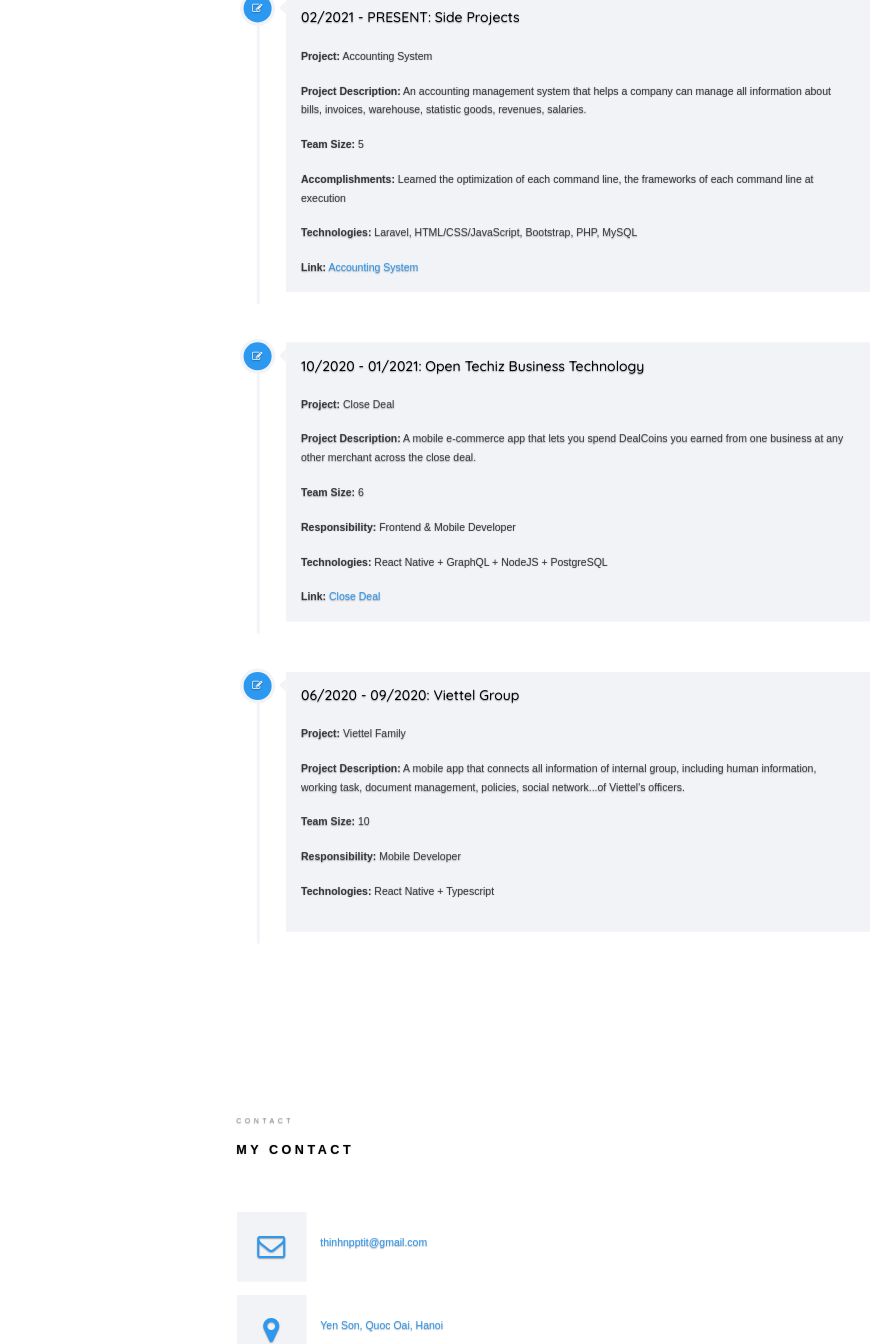
Repository: thinhnpptit/my-cv
Page: index.html
The author's editor kept a copy of each file at every save. The page is drawn from the files as they stood at one save, then again after the next save.
The browser window is 1280 px wide. The pictures show the part of the page from y = 2520 to 4440 px (the page is 4744 px tall before and 4794 px after), at 70% of full size.
Some web fonts or font styles are not loaded; a fallback is used.

Above is the page before, as saved 2021-06-22 22:46:40.
Console error: TypeError: $(...).stick_in_parent is not a function

### index.html

<!DOCTYPE HTML>
<html>
	<head>
	<meta charset="utf-8">
	<meta http-equiv="X-UA-Compatible" content="IE=edge">
	<title>MY CV</title>
	<meta name="viewport" content="width=device-width, initial-scale=1">
	<meta name="description" content="" />
	<meta name="keywords" content="" />
	<meta name="author" content="" />

  <!-- Facebook and Twitter integration -->
	<meta property="og:title" content=""/>
	<meta property="og:image" content=""/>
	<meta property="og:url" content=""/>
	<meta property="og:site_name" content=""/>
	<meta property="og:description" content=""/>
	<meta name="twitter:title" content="" />
	<meta name="twitter:image" content="" />
	<meta name="twitter:url" content="" />
	<meta name="twitter:card" content="" />

	<!-- Place favicon.ico and apple-touch-icon.png in the root directory -->
	<link rel="shortcut icon" href="favico.png">

	<link href="https://fonts.googleapis.com/css?family=Quicksand:300,400,500,700" rel="stylesheet">
	<link href="https://fonts.googleapis.com/css?family=Playfair+Display:400,400i,700" rel="stylesheet">

	<!-- Animate.css -->
	<link rel="stylesheet" href="css/animate.css">
	<!-- Icomoon Icon Fonts-->
	<link rel="stylesheet" href="css/icomoon.css">
	<!-- Bootstrap  -->
	<link rel="stylesheet" href="css/bootstrap.css">
	<!-- Flexslider  -->
	<link rel="stylesheet" href="css/flexslider.css">
	<!-- Flaticons  -->
	<link rel="stylesheet" href="fonts/flaticon/font/flaticon.css">
	<!-- Owl Carousel -->
	<link rel="stylesheet" href="css/owl.carousel.min.css">
	<link rel="stylesheet" href="css/owl.theme.default.min.css">
	<!-- Theme style  -->
	<link rel="stylesheet" href="css/style.css">
	<!-- Font Waresome -->
	<link rel="stylesheet" href="https://cdnjs.cloudflare.com/ajax/libs/font-awesome/4.7.0/css/font-awesome.min.css">

	<!-- Modernizr JS -->
	<script src="js/modernizr-2.6.2.min.js"></script>
	<!-- FOR IE9 below -->
	<!--[if lt IE 9]>
	<script src="js/respond.min.js"></script>
	<![endif]-->

	</head>
	<body>
	<div id="colorlib-page">
		<div class="container-wrap">
		<a href="#" class="js-colorlib-nav-toggle colorlib-nav-toggle" data-toggle="collapse" data-target="#navbar" aria-expanded="false" aria-controls="navbar"><i></i></a>
		<aside id="colorlib-aside" role="complementary" class="border js-fullheight">
			<div class="text-center">
				<div class="author-img" style="background-image: url(images/avatar.png);"></div>
				<h1 id="colorlib-logo"><a href="index.html">Nguyen Phu Thinh</a></h1>
				<span class="position">Full Stack Web Developer</span>
			</div>
			<nav id="colorlib-main-menu" role="navigation" class="navbar">
				<div id="navbar" class="collapse">
					<ul>
						<li class="active"><a href="#" data-nav-section="about">About</a></li>
						<li><a href="#" data-nav-section="skills">Skills</a></li>
						<li><a href="#" data-nav-section="education">Education</a></li>
						<li><a href="#" data-nav-section="experience">Project</a></li>
						<li><a href="#" data-nav-section="contact">Contact</a></li>
					</ul>
				</div>
			</nav>

			<div class="colorlib-footer">
				<a href="" target="_blank" class="btn btn-primary btn-learn text-center">Download My CV <i class="fa fa-cloud-download" aria-hidden="true"></i></a>
			</div>

		</aside>

		<div id="colorlib-main">
			<section class="colorlib-about" data-section="about">
				<div class="colorlib-narrow-content">
					<div class="row">
						<div class="col-md-12">
							<div class="row row-bottom-padded-sm animate-box" data-animate-effect="fadeInLeft">
								<div class="col-md-12">
									<div class="about-desc">
										<span class="heading-meta">ABOUT</span>
										<h2 class="colorlib-heading">Who Am I?</h2>
										<p>I'm Nguyen Phu Thinh, a full stack developer with <strong>2 years of experience</strong> in Front-End Web Development (which includes <strong>1 years of experience</strong> in Back-End Development), with good knowledge of Object-Oriented
											Analysis and Design, Database Design, and Design Patterns.</p>
										<!-- <p>Learning new languages and technologies is what I am passionate about (I self-taught Django with 3 weeks). I am considered a team-player because I like to help other and tend to work well within groups. I can also do some mentoring tasks and do code reviewing for other team members.</p> -->
										<!-- <span>Target: -->
										</span>
									</div>
								</div>
							</div>
						</div>
					</div>
				</div>
			</section>


			<section class="colorlib-skills" data-section="skills">
				<div class="colorlib-narrow-content">
					<div class="row">
						<div class="col-md-6 col-md-offset-3 col-md-pull-3 ">
							<span class="heading-meta">SKILLS</span>
							<h2 class="colorlib-heading">MY SKILLS</h2>
						</div>
					</div>
					<div class="row row-pt-md">
						<div class="col-md-3 text-center animate-box">
							<div class="services color-1">
								<span class="icon">
									<i class="fa fa-heart-o" aria-hidden="true"></i>
								</span>
								<div class="desc">
									<h3>PROGRAMMING LANGUAGES</h3>
									<ul>
										<li>HTML, CSS</li>
										<li>JavaScript</li>
										<li>PHP</li>
										<li>Java</li>
										<li>Python</li>
										<br>
										<br>
										<br>
									</ul>
									<br>
								</div>
							</div>
						</div>
						<div class="col-md-3 text-center animate-box">
							<div class="services color-2">
								<span class="icon">
									<i class="fa fa-file-code-o" aria-hidden="true"></i>
								</span>
								<div class="desc">
									<h3>FRAMEWORKS & PLATFORMS
									</h3>
									<ul>
										<li>Bootstrap</li>
										<li>Jquery</li>
										<li>ReactJS/ReactNative</li>
										<li>NodeJS</li>
										<li>Laravel</li>
										<li>RestfulAPI / JSON, XML</li>
										<li>Javascript SDK: FacebookSDK, Firebase, MongoLab API</li>
									</ul>
								</div>
							</div>
						</div>
						<div class="col-md-3 text-center animate-box">
							<div class="services color-3">
								<span class="icon">
									<i class="fa fa-database" aria-hidden="true"></i>
								</span>
								<div class="desc">
									<h3>Database Management</h3>
									<ul>
										<li>MySQL</li>
										<li>MongoDB</li>
										</li>Microsoft SQL</li>
										<li>PostgreSQL</li>
										<br>
										<br>
										<br>
										<br>
										<br>
										<br>
										<br>
										<br>
									</ul>
								</div>
							</div>
						</div>
						<div class="col-md-3 text-center animate-box">
							<div class="services color-4">
								<span class="icon">
									<i class="fa fa-git" aria-hidden="true"></i>
								</span>
								<div class="desc">
									<h3>Dev Tools</h3>
									<ul>
										<li>Git (Github)</li>
										<li>Docker</li>
										<li>VS Code</li>
										<li>Zsh/Bash</li>
										<br>
										<br>
										<br>
										<br>
										<br>
										<br>
									</ul>
								</div>
							</div>
						</div>
						<div class="col-md-12 text-center animate-box">
							<div class="services color-5">
								<span class="icon">
									<i class="fa fa-key" aria-hidden="true"></i>
								</span>
								<div class="desc">
									<h3>KNOWLEDGE</h3>
									<ul>
										<li>Deep understanding about OOP, Design Pattern, SOLID principles, Dependency Injection, ...</li>
										<li>Good understanding about the Agile and Scrum process</li>
										<li>Good understanding software design, database design, RestfulAPI, ...</li>
										<li>Good time management, presentation and teamwork skills ...</li>
									</ul>
								</div>
							</div>
						</div>
					</div>
				</div>
			</section>



			<section class="colorlib-education" data-section="education">
				<div class="colorlib-narrow-content">
					<div class="row">
						<div class="col-md-6 col-md-offset-3 col-md-pull-3 animate-box" data-animate-effect="fadeInLeft">
							<h2 class="colorlib-heading animate-box">EDUCATION</h2>
						</div>
					</div>
					<div class="row">
						<div class="col-md-12 animate-box" data-animate-effect="fadeInLeft">
							<div class="fancy-collapse-panel">
								<div class="panel-group" id="accordion" role="tablist" aria-multiselectable="true">
									<div class="panel panel-default">
									    <div class="panel-heading" role="tab" id="headingOne">
									        <h4 class="panel-title">
									            <a data-toggle="collapse" data-parent="#accordion" href="#collapseOne" aria-expanded="true" aria-controls="collapseOne">2017-2021</a>
									        </h4>
									    </div>
									    <div id="collapseOne" class="panel-collapse collapse in" role="tabpanel" aria-labelledby="headingOne">
									         <div class="panel-body">
									            <div class="row">
										      		<div class="col-md-6">
														  <p>Currently a former student of PTIT</p>
														  <p>GPA: 2.94</p>
															<p>TOEIC 645</p>
										      		</div>
										      		<div class="col-md-6">
										      			<p>Posts and Telecommunications Institute of Technology, Vietnam</p>
										      		</div>
										      	</div>
									         </div>
									    </div>
									</div>
								</div>
							</div>
						</div>

				</div>
			</section>

			<section class="colorlib-experience" data-section="experience">
				<div class="colorlib-narrow-content">
					<div class="row">
						<div class="col-md-6 col-md-offset-3 col-md-pull-3 animate-box" data-animate-effect="fadeInLeft">
							<h2 class="colorlib-heading animate-box">EXPERIENCES</h2>
						</div>
					</div>
					<div class="row">
						<div class="col-md-12">
				         <div class="timeline-centered">
					         <article class="timeline-entry animate-box" data-animate-effect="fadeInLeft">
					            <div class="timeline-entry-inner">
					               <div class="timeline-icon color-1">
										<i class="fa fa-pencil-square-o" aria-hidden="true"></i>
					               </div>

					               <div class="timeline-label">
					                  	<h2><a href="#">02/2021 - PRESENT: Side Projects</a><span></span></h2>
										<p><strong>Project:</strong> Accounting System</p>
										<p><strong>Project Description:</strong> An accounting management system that helps a company can manage all 	  	  information about bills, invoices, warehouse, statistic goods, revenues, salaries.</p>
										<p><strong>Team Size:</strong> 5</p>
										<p><strong>Accomplishments:</strong> Learned the optimization of each command line, the frameworks of each command line at execution</p>
										<p><strong>Technologies:</strong> Laravel, HTML/CSS/JavaScript, Bootstrap, PHP, MySQL</p>
										<span><strong>Link:</strong></span><a href="http://accounting-system-app.herokuapp.com"> Accounting System</a>
										<!-- <div class="text-center">
											<a name="" id="" class="btn btn-primary" href="#" role="button">View Page</a>
										</div> -->
										<div class="list-img text-center">
											<!-- Images -->
										</div>
								   </div>
								   <br>
								</div>
					         </article>
					      </div>
					   </div>
					   <div class="col-md-12">
						<div class="timeline-centered">
							<article class="timeline-entry animate-box" data-animate-effect="fadeInLeft">
							   <div class="timeline-entry-inner">
								  <div class="timeline-icon color-1">
										<i class="fa fa-pencil-square-o" aria-hidden="true"></i>
								  </div>

								  <div class="timeline-label">
										<h2><a href="#">10/2020 - 01/2021: Open Techiz Business Technology</a><span></span></h2>
										<p><strong>Project:</strong> Close Deal</p>
										<p><strong>Project Description:</strong> A mobile e-commerce app that lets you spend DealCoins you earned 	from one business at any other merchant across the close deal.</p>
										<p><strong>Team Size:</strong> 6</p>
										<p><strong>Responsibility: </strong>Frontend & Mobile Developer</p>
										<!-- <p><strong>Accomplishments:</strong> Learned the optimization of each command line, the frameworks of each command line at execution</p> -->
										<p><strong>Technologies:</strong> React Native + GraphQL + NodeJS + PostgreSQL</p>
										<span><strong>Link:</strong></span><a href="https://closedeal.app"> Close Deal</a>
									   <!-- <div class="text-center">
										   <a name="" id="" class="btn btn-primary" href="#" role="button">View Page</a>
									   </div> -->
									   <div class="list-img text-center">
										   <!-- Image -->
									   </div>
								  </div>
								  <br>
							   </div>
							</article>
						 </div>
					  </div>
						<div class="col-md-12">
							<div class="timeline-centered">
								<article class="timeline-entry animate-box" data-animate-effect="fadeInLeft">
									 <div class="timeline-entry-inner">
										<div class="timeline-icon color-1">
											<i class="fa fa-pencil-square-o" aria-hidden="true"></i>
										</div>

										<div class="timeline-label">
											<h2><a href="#">06/2020 - 09/2020: Viettel Group</a><span></span></h2>
											<p><strong>Project:</strong> Viettel Family</p>
											<p><strong>Project Description:</strong> A mobile app that connects all information of internal group, including human information, working task, document management, policies, social network...of Viettel's officers.</p>
											<p><strong>Team Size:</strong> 10</p>
											<p><strong>Responsibility: </strong>Mobile Developer</p>
											<!-- <p><strong>Accomplishments:</strong> Learned the optimization of each command line, the frameworks of each command line at execution</p> -->
											<p><strong>Technologies:</strong> React Native + Typescript </p>
											 <!-- <div class="text-center">
												 <a name="" id="" class="btn btn-primary" href="#" role="button">View Page</a>
											 </div> -->
											 <div class="list-img text-center">
												 <!-- Image -->
											 </div>
										</div>
										<br>
									 </div>
								</article>
							 </div>
							</div>
				   </div>
				</div>
			</section>

			<section class="colorlib-contact" data-section="contact">
				<div class="colorlib-narrow-content">
					<div class="row">
						<div class="col-md-6 col-md-offset-3 col-md-pull-3 animate-box" data-animate-effect="fadeInLeft">
							<span class="heading-meta">CONTACT</span>
							<h2 class="colorlib-heading">My Contact</h2>
						</div>
					</div>
					<div class="row">
						<div class="col-md-12">
							<div class="colorlib-feature colorlib-feature-sm animate-box" data-animate-effect="fadeInLeft">
								<div class="colorlib-icon">
									<i class="fa fa-envelope-o" aria-hidden="true"></i>
								</div>
								<div class="colorlib-text">
									<p><a href="mailto:hoangtienaptech@gmail.com">thinhnpptit@gmail.com</a></p>
								</div>
							</div>
							<div class="colorlib-feature colorlib-feature-sm animate-box" data-animate-effect="fadeInLeft">
								<div class="colorlib-icon">
									<i class="fa fa-map-marker" aria-hidden="true"></i>
								</div>
								<div class="colorlib-text">
									<p><a href="">Yen Son, Quoc Oai, Hanoi</a></p>
								</div>
							</div>
							<div class="colorlib-feature colorlib-feature-sm animate-box" data-animate-effect="fadeInLeft">
								<div class="colorlib-icon">
									<i class="fa fa-phone" aria-hidden="true"></i>
								</div>
								<div class="colorlib-text">
									<p><a href="tel:+84393932114">0336267568</a></p>
								</div>
							</div>
						</div>
					</div>
				</div>
			</section>

		</div><!-- end:colorlib-main -->
	</div><!-- end:container-wrap -->
	</div><!-- end:colorlib-page -->

	<!-- jQuery -->
	<script src="js/jquery.min.js"></script>
	<!-- jQuery Easing -->
	<script src="js/jquery.easing.1.3.js"></script>
	<!-- Bootstrap -->
	<script src="js/bootstrap.min.js"></script>
	<!-- Waypoints -->
	<script src="js/jquery.waypoints.min.js"></script>
	<!-- Flexslider -->
	<script src="js/jquery.flexslider-min.js"></script>
	<!-- Owl carousel -->
	<script src="js/owl.carousel.min.js"></script>
	<!-- Counters -->
	<script src="js/jquery.countTo.js"></script>

	<!-- MAIN JS -->
	<script src="js/main.js"></script>

	</body>
</html>

Loaded but not shown: css/animate.css (library); css/bootstrap.css (library); css/owl.carousel.min.css (library); css/owl.theme.default.min.css (common file); js/modernizr-2.6.2.min.js (library); js/jquery.min.js (library); js/jquery.easing.1.3.js (library); js/bootstrap.min.js (library); js/jquery.waypoints.min.js (library); js/jquery.flexslider-min.js (library); js/owl.carousel.min.js (library); js/jquery.countTo.js (library); js/main.js (310 lines, source omitted); css/style.css (1971 lines, source omitted); css/flexslider.css (275 lines, source omitted)

After the next save:
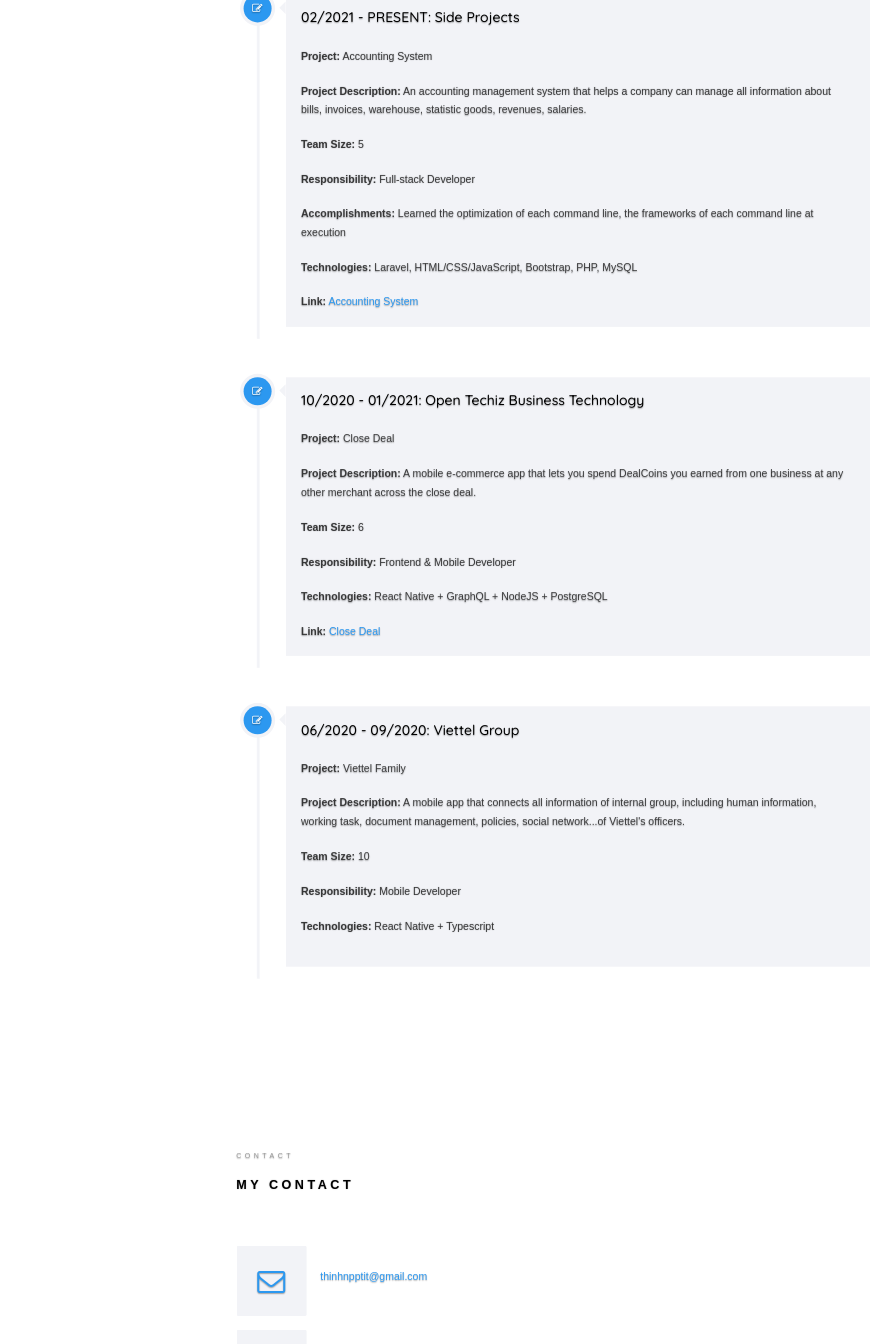
Saved 27 s later.
--- a/index.html
+++ b/index.html
@@ -283,6 +283,7 @@
 										<p><strong>Project:</strong> Accounting System</p>
 										<p><strong>Project Description:</strong> An accounting management system that helps a company can manage all 	  	  information about bills, invoices, warehouse, statistic goods, revenues, salaries.</p>
 										<p><strong>Team Size:</strong> 5</p>
+										<p><strong>Responsibility: </strong>Full-stack Developer</p>
 										<p><strong>Accomplishments:</strong> Learned the optimization of each command line, the frameworks of each command line at execution</p>
 										<p><strong>Technologies:</strong> Laravel, HTML/CSS/JavaScript, Bootstrap, PHP, MySQL</p>
 										<span><strong>Link:</strong></span><a href="http://accounting-system-app.herokuapp.com"> Accounting System</a>
